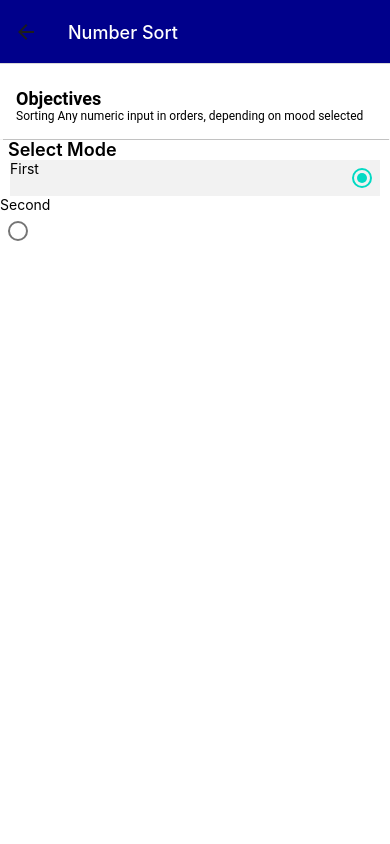
Repository: seyicoded/rn-crazy-algorithm-app
Screen: /Sort_simple_number
The author's editor kept a copy of each file at every save. The screen is drawn from the files as they stood at one save, then again after the next save.
The app was drawn by React Native's web renderer in a window 390 px wide. The project was rebuilt for these pictures with package versions that can differ from the ones it lists, and the page was loaded fresh each time. Also part of the build but not shown: src/screens/sort.js, src/screens/filter.js, src/screens/advance.js, src/screens/sorts/Sort_alphabet.js.

Above is the screen before, as saved 2022-03-30 17:46:11.

### App.js
import 'react-native-gesture-handler';
import { StatusBar } from 'expo-status-bar';
import { StyleSheet, Text, View } from 'react-native';
import Main from './src/main'
export default function App() {
  return (
    <View style={styles.container}>
      <Main />
      <StatusBar style="auto" />
    </View>
  );
}

const styles = StyleSheet.create({
  container: {
    flex: 1,
    backgroundColor: '#fff',
  },
});

### src/main.js
import { View, Text } from 'react-native'
import React from 'react'
import {NavigationContainer} from '@react-navigation/native'
import {createStackNavigator} from '@react-navigation/stack'
import Home from './screens/index'
import Sort from './screens/sort'
import Filter from './screens/filter'
import Advance from './screens/advance'
import Sort_simple_number from './screens/sorts/Sort_simple_number'
import Sort_alphabet from './screens/sorts/Sort_alphabet'

const StackNav = createStackNavigator()

export default function Main() {
  return (
    <NavigationContainer>
        <StackNav.Navigator>
            <StackNav.Screen name="Home" options={{headerMode: 'none'}} component={Home} />
            <StackNav.Screen name="Filter" options={{headerMode: 'none'}} component={Filter} />
            <StackNav.Screen name="Sort" options={{headerMode: 'none'}} component={Sort} />
            <StackNav.Screen name="Advance" options={{headerMode: 'none'}} component={Advance} />

            {/* sort aspect */}
            <StackNav.Screen name="Sort_simple_number" options={{title: 'Number Sort', headerStyle: {backgroundColor: 'darkblue', color: 'white'}, headerTitleStyle: {color: 'white'}}} component={Sort_simple_number} />
            <StackNav.Screen name="Sort_alphabet" options={{title: 'Alphabet Sort', headerStyle: {backgroundColor: 'darkblue', color: 'white'}, headerTitleStyle: {color: 'white'}}} component={Sort_alphabet} />
        </StackNav.Navigator>
    </NavigationContainer>
  )
}

### src/screens/index.js
import { View, Text, StyleSheet, FlatList, TouchableOpacity } from 'react-native'
import React, {useState, useEffect, useRef} from 'react'
import Header from '../layout/header'
import { List, Avatar, Card, Title, Paragraph, Button } from 'react-native-paper';

const data = [
    {
        id: 'Sort',
        image: 'https://picsum.photos/700',
        title: 'Sort',
    },
    {
        id: 'Filter',
        image: 'https://picsum.photos/700',
        title: 'Filter',
    },
    {
        id: 'Advance',
        image: 'https://picsum.photos/700',
        title: 'Advance',
    },
]

export default function Index({route, navigation}) {
    const [color, setColor] = useState('darkblue');
    var timer = null;
    var ColorChanger = useRef('darkblue');


    useEffect(()=>{
        timer = setInterval(()=>{
            // console.log('.')
            ColorChanger.current = (ColorChanger.current == 'darkblue') ? 'darkred' : 'darkblue';
            setColor(ColorChanger.current);
        }, 1000);
        return ()=>{
            clearInterval(timer);
        }
    }, [])

    const styles = StyleSheet.create({
        container: {
          flex: 1,
          width: '100%',
          backgroundColor: '#fff',
        },
        header: {
            fontSize: 16,
            textAlign: 'center',
            marginTop: 20,
            marginBottom: 20,
            color: color,
            fontWeight: '700',
        },
        list: {
            width: '100%',
        },
        card: {
            // backgroundColor: 'red',
            margin: 20,
            shadowColor: '#000',
            shadowOffset: { width: 0, height: 2 },
            shadowOpacity: 0.8,
            elevation: 4
        }
    });

    return (
        <View style={styles.container}>
            <Header title="Home" visible={false} navigation={navigation} />
            <Text style={styles.header}>Let's Prep Shall We</Text>

            <FlatList
                data={data}
                style={styles.list}
                renderItem={({ item }) => {
                    return (
                        <TouchableOpacity onPress={() => navigation.navigate(item.id, {title: item.title})}>
                            <Card style={styles.card}>
                                <Card.Cover source={{ uri: item.image }} />
                                {/* <Card.Actions style={{justifyContent: 'center'}}>
                                    <Button onPress={()=>navigation.navigate(item.id)}>{item.title}</Button>

                                </Card.Actions> */}

                                <Card.Content style={{justifyContent: 'center'}}>
                                    <Title style={{textAlign: 'center', marginTop:12, color: 'darkblue'}}>{item.title}</Title>
                                </Card.Content>
                            </Card>
                        </TouchableOpacity>
                    )
                }}
                numColumns={1}
            />

            {/* <Card>
                <Card.Cover source={{ uri: 'https://picsum.photos/700' }} />

                <Card.Content>
                    <Title>Card title</Title>
                </Card.Content>
            </Card> */}

        </View>
    )
}

### src/screens/sorts/Sort_simple_number.js
import { StyleSheet, Text, View, TouchableOpacity } from 'react-native'
import React from 'react'
import { Banner, RadioButton } from 'react-native-paper';

export default function Sort_simple_number() {
    const [value, setValue] = React.useState('first');
  return (
    <View style={styles.container}>
        <Banner
            visible={true}
            actions={[
            ]}
            >
                <View>
                    <Text style={{fontWeight: '600', fontSize: 18}}>Objectives</Text>
                    <Text />
                    <Text style={{fontSize: 12}}>Sorting Any numeric input in orders, depending on mood selected</Text>
                </View>
        </Banner>
        <Text />
        <Text style={styles.title_element}>Select Mode</Text>

        <RadioButton.Group onValueChange={newValue => setValue(newValue)} value={value}>
            <TouchableOpacity onPress={()=>setValue('first')}>
                <View style={styles.radio}>
                    <Text>First</Text>
                    <RadioButton value="first" />
                </View>
            </TouchableOpacity>
            <View>
                <Text>Second</Text>
                <RadioButton value="second" />
            </View>
        </RadioButton.Group>

    </View>
  )
}

const styles = StyleSheet.create({
    container: {
        flex: 1,
        backgroundColor: '#fff',
    },
    title_element: {
        fontWeight: '600',
        fontSize: 18,
        paddingLeft: 8
    },
    radio: {
        flexDirection: 'row',
        justifyContent: 'space-between',
        marginHorizontal: 10,
        backgroundColor: 'rgba(0, 0, 0, 0.05)',
    }
})

### src/layout/header.js
import { View, Text } from 'react-native'
import React, {useState, useEffect} from 'react'
import { Appbar } from 'react-native-paper';

export default function Header({title, visible, navigation}) {
    // const [visible, setVisible] = useState(false);

    if(visible){
        return (
            <Appbar.Header style={{backgroundColor: 'darkblue'}}>
                {
                    (visible) ?
                    <Appbar.BackAction onPress={()=>navigation.goBack()} />
                    :<></>
                }
                <Appbar.Content title={title} />
            </Appbar.Header>
          )
    }else{
        return (
            <Appbar.Header style={{backgroundColor: 'darkblue'}}>
                <Appbar.Content title={title} />
            </Appbar.Header>
          )
    }

}

After the next save:
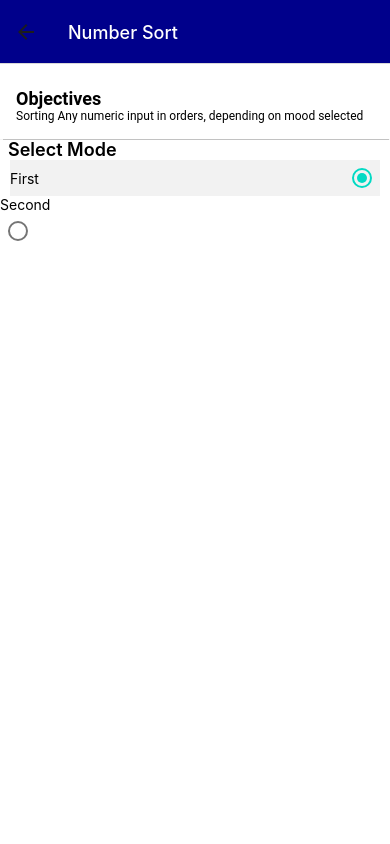
Saved 18 s later.
--- a/src/screens/sorts/Sort_simple_number.js
+++ b/src/screens/sorts/Sort_simple_number.js
@@ -50,6 +50,7 @@ const styles = StyleSheet.create({
     radio: {
         flexDirection: 'row',
         justifyContent: 'space-between',
+        alignItems: 'center',
         marginHorizontal: 10,
         backgroundColor: 'rgba(0, 0, 0, 0.05)',
     }
